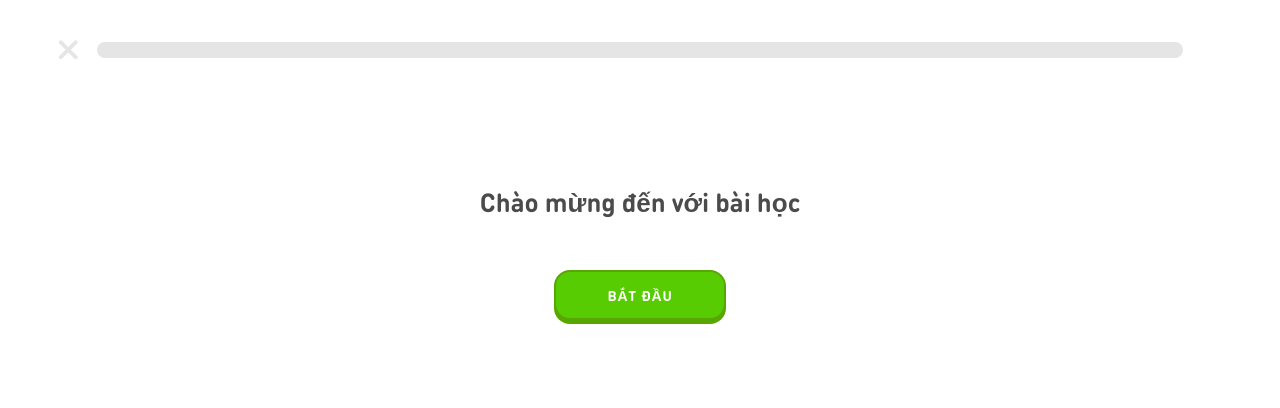
Repository: kauittt/duolingo-little
Page: learn.html
The author's editor kept a copy of each file at every save. The page is drawn from the files as they stood at one save, then again after the next save.
The browser window is 1280 px wide. The pictures show the whole page.
The page's requests for data from a server got no answer. Some web libraries are served in a nearby version.

Above is the page before, as saved 2023-04-15 12:31:36.

### learn.html
<!DOCTYPE html>
<html lang="en">
    <head>
        <meta charset="UTF-8" />
        <meta http-equiv="X-UA-Compatible" content="IE=edge" />
        <meta name="viewport" content="width=device-width, initial-scale=1.0" />
        <title>Duolingo Little</title>

        <!--! favicon -->
        <link rel="icon" type="image/x-icon" href="./assets/img/logo.png" />

        <!--! Font Awesome  -->
        <link rel="preconnect" href="https://cdnjs.cloudflare.com" />
        <link
            rel="stylesheet"
            href="https://cdnjs.cloudflare.com/ajax/libs/font-awesome/6.3.0/css/all.min.css"
        />

        <!--! CSS -->
        <link rel="stylesheet" href="./assets/css/reset.css" />
        <link rel="stylesheet" href="./assets/fonts/stylesheet.css" />
        <link rel="stylesheet" href="./assets/css/stytes.css" />
        <link rel="stylesheet" href="./assets/css/learn.css" />
    </head>
    <body>
        <!-- Learn -->
        <div class="main">
            <div class="learn">
                <div class="learn-progress">
                    <div class="learn-progress__bar">
                        <i class="fa-solid fa-xmark"></i>
                    </div>
                </div>

                <div class="learn-content">
                    <h2 class="learn-content__heading"></h2>

                    <input type="text" class="learn-content__input" />
                    <div class="learn-content-grid"></div>
                    <div class="btn">Tiếp tục</div>
                </div>
            </div>
        </div>
        <script src="./assets/js/learn.js"></script>
    </body>
</html>

### assets/fonts/stylesheet.css
@font-face {
    font-family: "DINRoundPro";
    src: url("din round/DINRoundPro-Bold.woff2") format("woff2"),
        url("din round/DINRoundPro-Bold.woff") format("woff");
    font-weight: bold;
    font-style: normal;
    font-display: swap;
}

@font-face {
    font-family: "DINRoundPro";
    src: url("din round/DINRoundPro-Black.woff2") format("woff2"),
        url("din round/DINRoundPro-Black.woff") format("woff");
    font-weight: 900;
    font-style: normal;
    font-display: swap;
}

@font-face {
    font-family: "DINRoundPro";
    src: url("din round/DINRoundPro.woff2") format("woff2"),
        url("din round/DINRoundPro.woff") format("woff");
    font-weight: normal;
    font-style: normal;
    font-display: swap;
}

@font-face {
    font-family: "DINRoundPro";
    src: url("din round/DINRoundPro-Light.woff2") format("woff2"),
        url("din round/DINRoundPro-Light.woff") format("woff");
    font-weight: 300;
    font-style: normal;
    font-display: swap;
}

@font-face {
    font-family: "DINRoundPro-Medi";
    src: url("din round/DINRoundPro-Medi.woff2") format("woff2"),
        url("din round/DINRoundPro-Medi.woff") format("woff");
    font-weight: 500;
    font-style: normal;
    font-display: swap;
}

### assets/css/learn.css
body {
    color: var(--heading-color);
}

:root {
    --basic-color: rgb(229, 229, 229);
}

.btn {
    /* width: calc(100% - 30px); */
    padding: 16px 51.5px;
    font-size: 14px;
    font-weight: 700;
    letter-spacing: 0.8px;
    text-align: center;
    text-transform: uppercase;
    color: rgb(175, 175, 175);
    background-color: rgb(229, 229, 229);
    box-shadow: 0 4px 0 #ccc;
    border: 2px solid #ccc;
    border-radius: 16px;
    transition: all 0.2s ease;
    margin-top: 24px;
}

.btn--primary:hover,
.btn--primary:hover {
    filter: brightness(1.1);
    cursor: pointer;
}

.btn--primary {
    background-color: var(--main-color);
    box-shadow: 0 4px 0 rgb(88, 167, 0);
    border: 2px solid rgb(88, 167, 0);
    color: white;
}

.btn--error {
    background: #ff4500;
    box-shadow: 0 4px 0 #ac2516;
    border: 2px solid #ac2516;
}

.learn {
    display: flex;
    flex-direction: column;
}

.learn-progress {
    width: 100%;
    padding: 42px 0 24px;
}

.learn-progress__bar i {
    position: absolute;
    left: -40px;
    top: -7px;
    font-size: 30px;
    color: var(--basic-color);
    transition: all 0.2s ease;
}

.learn-progress__bar i:hover {
    cursor: pointer;
    filter: brightness(0.8);
}

.learn-progress__bar {
    position: relative;
    width: 1086px;
    max-width: calc(100% - 48px);
    height: 16px;
    margin: 0 auto;
    background-color: var(--basic-color);
    border-radius: 999px;
    transition: all 0.2s ease;
}

.learn-content {
    display: flex;
    justify-content: center;
    align-items: center;
    flex-direction: column;
    width: 800px;
    margin: 100px auto 0;
}

.learn-content__heading {
    font-size: 26px;
    line-height: 40px;
    font-weight: 700;
    margin-bottom: 24px;
}

.learn-content__character {
    position: relative;
    margin-bottom: 40px;
}

.learn-content__character__message {
    display: flex;
    justify-content: center;
    align-items: center;
    gap: 10px;
    top: 25px;
    right: -246px;
    position: absolute;
    padding: 10px 20px;
    border-radius: 999px;
    color: var(--heading-color);
    border: 2px solid #ccc;
}

.learn-content__character__message__speaker {
    cursor: pointer;
    font-size: 24px;
}

.learn-content__speaker {
    display: flex;
    justify-content: center;
    align-items: center;
    gap: 20px;
}

.learn-content__speaker--normal {
    font-size: 50px;
    cursor: pointer;
}

.learn-content__speaker--slow {
    font-size: 20px;
    cursor: pointer;
}

.learn-content-grid {
    /* width: 100%; */
    display: grid;
    grid-template-columns: repeat(4, minmax(0, 1fr));
    grid-gap: 10px;
}

.learn-content__input {
    width: 80%;
    margin: 20px auto;
    padding: 10px 20px;
    font-family: "DINRoundPro", sans-serif;
    font-size: 18px;
    border: 1px solid #ccc;
    border-radius: 5px;
    pointer-events: none;
}

.learn-content-item {
    display: flex;
    justify-content: center;
    align-items: center;
    flex-direction: column;
    width: 185px;
    height: 163px;
    padding: 24px;

    background-color: white;
    border: 2px solid rgb(229, 229, 229);
    border-radius: 10px;
    bottom: -2px;
    box-shadow: 0 2px 0 rgb(229, 229, 229);
    transition: all 0.1s ease;
    cursor: pointer;
}

.learn-content-item--listen {
    width: auto;
    height: 50px;
    padding: 10px;
}

.learn-content-item--selected {
    background-color: #ddf4ff;
    border: 2px solid rgb(132, 216, 255);
    box-shadow: 0 2px 0 rgb(132, 216, 255);
}

.learn-content-item:hover {
    filter: brightness(0.9);
}

.learn-content-item__img {
    width: 80%;
}

.learn-content-item__img img {
    height: 80px;
    width: 100%;
}

.learn-content-item-info {
    display: flex;
    justify-content: center;
    align-items: center;
    flex-direction: column;
}

.learn-content-item-info__heading {
    font-size: 15px;
    font-weight: 700;
    line-height: 26px;
    text-align: center;
}

.learn-content-item-info__desc {
    font-size: 17px;
    font-weight: 400;
    text-align: center;
    color: var(--text-color);
}

.learn-content-flex {
    display: flex;
    justify-content: center;
    align-items: center;
    flex-direction: column;
}

.learn-content-flex__signUp {
}

.learn-content-flex__logIn {
    box-shadow: 0 4px 0 #ccc;
    border: 2px solid #ccc;
}

.learn-content-flex__logIn:hover {
    cursor: pointer;
    filter: brightness(0.9);
}

a {
    text-decoration: none;
    display: block;
    color: white;
}

### assets/js/learn.js
async function getData(index) {
    const res = await fetch(`./assets/data/session1-${lesson}.json`);
    console.log(`./assets/data/session1-${lesson}.json`);
    let data = await res.json();
    console.log(data);
    // data = data[index];

    const adap = data.adaptiveChallenges || [];
    const challenges = data.challenges;
    console.log([...adap, ...challenges]);
    lessonLength = [...adap, ...challenges].length;
    console.log("lesson length: " + lessonLength);
    if (lessonLength == 4) {
        window.open("home.html", "_self");
    }
    return [...adap, ...challenges];
    //! combined
}
// 4,5
let lesson = localStorage.getItem("lesson") || 1;
let lessonLength = null;
console.log("lesson: " + lesson);

const heading = document.querySelector(".learn-content__heading");
const learnContent = document.querySelector(".learn-content");
const grid = document.querySelector(".learn-content-grid");
const learnBtn = document.querySelector(".learn-content .btn");
const closeBtn = document.querySelector(".learn-progress__bar>i");
const progress = document.querySelector(".learn-progress__bar");
const input = document.querySelector(".learn-content__input");
const audio = new Audio();

let id = -2;
let key = [];
let answer = [];
let inputValue = [];
closeBtn.addEventListener("click", function (e) {
    console.log("back");
    if (id == -1) {
        window.open("home.html", "_self");
        return;
    }

    id--;
    if (id == -1) {
        closeBtn.classList.remove("fa-arrow-left");
        closeBtn.classList.add("fa-xmark");
    } else {
        closeBtn.classList.add("fa-arrow-left");
        closeBtn.classList.remove("fa-xmark");
    }
    grid.innerHTML = "";
    input.value = "";
    answer = [];
    inputValue = [];
    key = [];
    learnBtn.classList.remove("btn--primary");

    const next =
        learnContent.querySelector(".learn-content__character") ||
        learnContent.querySelector(".learn-content__speaker");

    console.log(next);
    if (next) next.parentNode.removeChild(next);

    loadLearn(id);
});
learnBtn.addEventListener("click", function (e) {
    if (learnBtn.classList.contains("btn--primary")) {
        if (id == lessonLength) {
            window.open("home.html", "_self");
            return;
        }

        console.log(key);
        console.log(answer);
        if (JSON.stringify(answer) == JSON.stringify(key)) {
            console.log("true");
            learnBtn.classList.remove("btn--primary");
            grid.innerHTML = "";
            input.value = "";
            answer = [];
            inputValue = [];
            key = [];

            const next =
                learnContent.querySelector(".learn-content__character") ||
                learnContent.querySelector(".learn-content__speaker");
            if (next) next.parentNode.removeChild(next);
            //!!!!!
            loadLearn(++id);
        } else {
            console.log("false");
            learnBtn.classList.add("btn--error");
        }
    }
});
document.body.addEventListener("click", function (e) {
    if (e.target.closest(".learn-content-item--listen")) {
        learnBtn.classList.remove("btn--error");

        const item = e.target.closest(".learn-content-item--listen");
        if (item.dataset.voice) loadSound(item.dataset.voice);

        if (item.classList.contains("learn-content-item--selected")) {
            item.classList.remove("learn-content-item--selected");
            const index = answer.indexOf(+item.dataset.id);
            answer.splice(index, 1);
            inputValue.splice(index, 1);
        } else {
            item.classList.add("learn-content-item--selected");
            answer.push(+item.dataset.id);
            inputValue.push(
                item
                    .querySelector(".learn-content-item-info__heading")
                    .textContent.trim()
            );
        }

        const items = document.querySelectorAll(".learn-content-item");
        learnBtn.classList.remove("btn--primary");

        items.forEach((item) => {
            if (item.classList.contains("learn-content-item--selected")) {
                learnBtn.classList.add("btn--primary");
            }
        });

        input.value = "";
        inputValue.forEach((item) => {
            input.value += item + " ";
        });
    } else if (e.target.closest(".learn-content-item")) {
        learnBtn.classList.remove("btn--error");

        const item = e.target.closest(".learn-content-item");
        const items = document.querySelectorAll(".learn-content-item");
        items.forEach((item) => {
            item.classList.remove("learn-content-item--selected");
        });

        if (item.dataset.voice) loadSound(item.dataset.voice);

        answer = [];
        answer.push(+item.dataset.id);
        item.classList.add("learn-content-item--selected");

        learnBtn.classList.add("btn--primary");
    }
});

loadLearn(++id);

async function loadLearn(index, thumb = true) {
    console.log("IDDDDD: " + id);
    //! index

    const data = await getData(lesson);
    const item = data[index];
    if (id > lessonLength) return;
    console.log(item);

    if (id == lessonLength) {
        loadFinish();
        return;
    }
    if (id == -1) {
        loadStart();
        return;
    }
    //!index
    switch (item.type) {
        case "select":
            key.push(loadSelect(item, data.length));
            //!index
            break;

        case "translate":
            key = loadTrans(item, data.length, item.character);
            break;
        case "listenTap":
            key = loadListen(item, data.length, item.character);
            break;
        default:
            loadLearn(++id);
            return;
    }
}

function loadSelect(data, len, thumb = true) {
    if (id == -1) {
        closeBtn.classList.remove("fa-arrow-left");
        closeBtn.classList.add("fa-xmark");
    } else {
        closeBtn.classList.add("fa-arrow-left");
        closeBtn.classList.remove("fa-xmark");
    }

    const percent = ((id - 1) / len) * 100;
    const color = `linear-gradient(90deg, #58cc02 ${percent}%, rgb(229, 229, 229) ${percent}%)`;
    progress.style.background = color;

    const itemsLength = data.choices.length;
    input.style.display = "none";
    grid.style.gridTemplateColumns = `repeat(${itemsLength}, 1fr)`;

    heading.textContent = `Đâu là "${data.prompt}"`;

    const hashtable = {};
    for (let i = 0; i < data.choices.length; i++) {
        hashtable[data.choices[i].phrase] = i;
    }
    data.choices.sort(() => 0.5 - Math.random());

    for (let i = 0; i < data.choices.length; i++) {
        const choice = data.choices[i];

        const template = `<div data-voice="${choice.tts}" data-id="${
            hashtable[choice.phrase]
        }" class="learn-content-item  ${
            data.correctIndex == i ? "learn-content-item--correct" : ""
        }">

        ${
            choice.svg
                ? `<div class="learn-content-item__img">
                        <img
                            src="${choice.svg}"
                            alt="learn"
                        />
                  </div>`
                : ""
        }

        <div class="learn-content-item-info">
            <div class="learn-content-item-info__heading">
                ${choice.phrase}
            </div>
        </div>
    </div>`;

        grid.insertAdjacentHTML("beforeend", template);
    }

    console.log("KEY: " + data.correctIndex);
    return data.correctIndex;
}

function loadTrans(data, len, thumb = true) {
    if (id == -1) {
        closeBtn.classList.remove("fa-arrow-left");
        closeBtn.classList.add("fa-xmark");
    } else {
        closeBtn.classList.add("fa-arrow-left");
        closeBtn.classList.remove("fa-xmark");
    }

    const percent = (id / len) * 100;
    const color = `linear-gradient(90deg, #58cc02 ${percent}%, rgb(229, 229, 229) ${percent}%)`;
    progress.style.background = color;

    const itemsLength = data.choices.length;
    input.style.display = "block";
    grid.style.gridTemplateColumns = `repeat(${itemsLength}, 1fr)`;

    heading.textContent = `Viết lại bằng "${
        data.targetLanguage == "en" ? "Tiếng Anh" : "Tiếng Việt"
    }"`;

    heading.insertAdjacentHTML(
        "afterend",
        `<div class="learn-content__character" data-delete="true">
        <img
            src=${data.character.image.svg}
            alt=""
        />

        <p class="learn-content__character__message">
        <i class="fa-solid fa-volume-high learn-content__character__message__speaker" style="color: #1cb0f6;"></i>
            ${data.prompt}
        </p>
    </div>`
    );
    const p = document.querySelector(".learn-content__character__message");
    document
        .querySelector(".learn-content__character__message__speaker")
        .addEventListener("click", () => {
            loadSound(data.tts);
        });
    p.style.right = `-${p.offsetWidth + 5}px`;

    const hashtable = {};
    for (let i = 0; i < data.choices.length; i++) {
        hashtable[data.choices[i].text] = i;
    }

    data.choices.sort(() => 0.5 - Math.random());

    for (let i = 0; i < data.choices.length; i++) {
        const choice = data.choices[i];

        const template = `<div  data-id="${
            hashtable[choice.text]
        }" class="learn-content-item learn-content-item--listen">
        ${
            choice.svg
                ? `<div class="learn-content-item__img">
                        <img
                            src="${choice.svg}"
                            alt="learn"
                        />
                  </div>`
                : ""
        }
        <div class="learn-content-item-info">
            <div class="learn-content-item-info__heading">
                ${choice.text}
            </div>
        </div>
    </div>`;

        grid.insertAdjacentHTML("beforeend", template);
    }
    console.log("KEY: " + data.correctIndices);

    loadSound(data.tts);

    return data.correctIndices;
}

function loadListen(data, len, thumb = true) {
    if (id == -1) {
        closeBtn.classList.remove("fa-arrow-left");
        closeBtn.classList.add("fa-xmark");
    } else {
        closeBtn.classList.add("fa-arrow-left");
        closeBtn.classList.remove("fa-xmark");
    }

    const percent = (id / len) * 100;
    const color = `linear-gradient(90deg, #58cc02 ${percent}%, rgb(229, 229, 229) ${percent}%)`;
    progress.style.background = color;

    const itemsLength = data.choices.length;
    input.style.display = "block";
    grid.style.gridTemplateColumns = `repeat(${itemsLength}, 1fr)`;

    heading.textContent = `Nghe và trả lời`;

    heading.insertAdjacentHTML(
        "afterend",
        `<div class="learn-content__speaker" data-delete="true">
                <i class="fa-solid fa-volume-high learn-content__speaker--normal" style="color: #1cb0f6;"></i>
                <i class="fa-solid fa-volume-high learn-content__speaker--slow" style="color: #1cb0f6;"></i>
        </div>`
    );

    document
        .querySelector(".learn-content__speaker--normal")
        .addEventListener("click", () => {
            loadSound(data.tts);
        });

    document
        .querySelector(".learn-content__speaker--slow")
        .addEventListener("click", () => {
            loadSound(data.slowTts);
        });

    const hashtable = {};
    for (let i = 0; i < data.choices.length; i++) {
        hashtable[data.choices[i].text] = i;
    }
    data.choices.sort(() => 0.5 - Math.random());

    for (let i = 0; i < data.choices.length; i++) {
        const choice = data.choices[i];

        const template = `<div  data-id="${
            hashtable[choice.text]
        }" class="learn-content-item learn-content-item--listen">
        ${
            choice.svg
                ? `<div class="learn-content-item__img">
                        <img
                            src="${choice.svg}"
                            alt="learn"
                        />
                  </div>`
                : ""
        }
        <div class="learn-content-item-info">
            <div class="learn-content-item-info__heading">
                ${choice.text}
            </div>
        </div>
    </div>`;

        grid.insertAdjacentHTML("beforeend", template);
    }
    console.log("KEY: " + data.correctIndices);
    loadSound(data.tts);

    return data.correctIndices;
}

progress.addEventListener("click", () => {
    audio.play();
});
function loadSound(link) {
    audio.src = link;
    audio.addEventListener("canplaythrough", function () {
        progress.click();
        // audio.play();
    });
}

function loadFinish() {
    heading.textContent = `Bạn đã hoàn thành bài học`;
    input.style.display = "none";
    learnBtn.textContent = "Trở về";
    learnBtn.classList.add("btn--primary");
    lesson++;
    localStorage.setItem("lesson", lesson);
}
function loadStart() {
    if (id == -1) {
        closeBtn.classList.remove("fa-arrow-left");
        closeBtn.classList.add("fa-xmark");
    } else {
        closeBtn.classList.add("fa-arrow-left");
        closeBtn.classList.remove("fa-xmark");
    }
    heading.textContent = `Chào mừng đến với bài học`;
    input.style.display = "none";
    learnBtn.textContent = "Bắt đầu";
    learnBtn.classList.add("btn--primary");
}

function loadAnswer(type) {}

Loaded but not shown: assets/css/reset.css (common file); assets/data/session1-1.json (13123 lines, source omitted); assets/css/stytes.css (666 lines, source omitted)

After the next save:
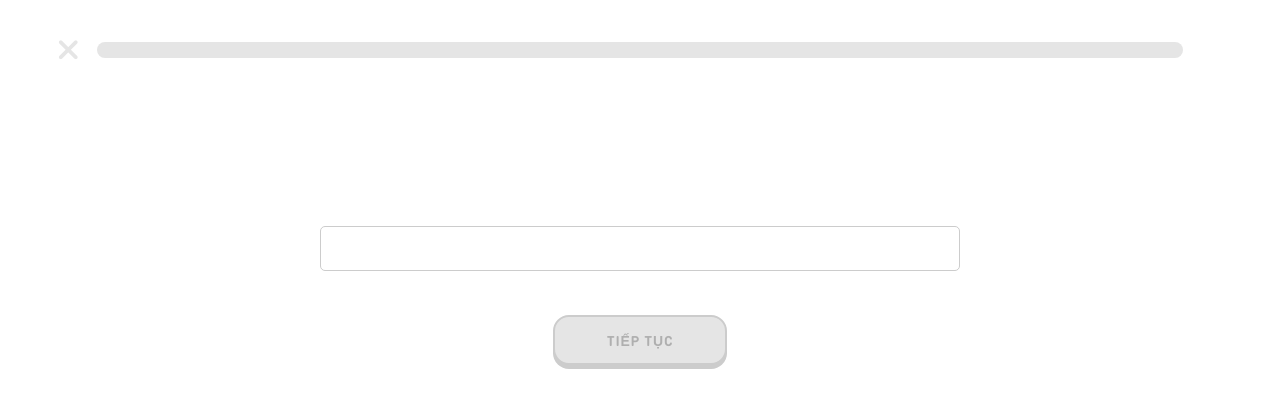
Saved 3 min 25 s later.
--- a/assets/js/learn.js
+++ b/assets/js/learn.js
@@ -1,5 +1,7 @@
 async function getData(index) {
-    const res = await fetch(`./assets/data/session1-${lesson}.json`);
+    const res = await fetch(
+        `https://github.com/kauittt/duolingo-little/assets/session1-1.json`
+    );
     console.log(`./assets/data/session1-${lesson}.json`);
     let data = await res.json();
     console.log(data);

After the save that followed:
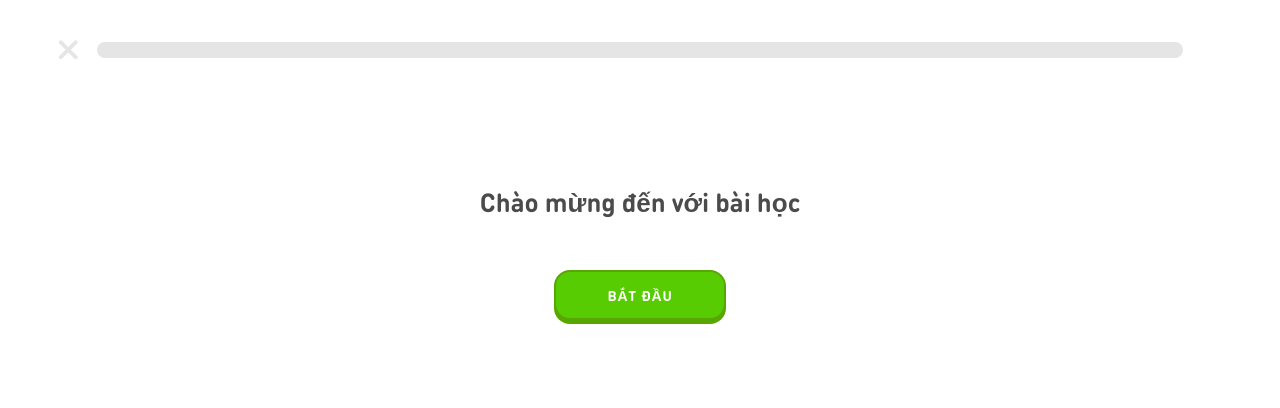
Saved 21 s later.
--- a/assets/js/learn.js
+++ b/assets/js/learn.js
@@ -1,7 +1,5 @@
 async function getData(index) {
-    const res = await fetch(
-        `https://github.com/kauittt/duolingo-little/assets/session1-1.json`
-    );
+    const res = await fetch(`./assets/data/session1-${lesson}.json`);
     console.log(`./assets/data/session1-${lesson}.json`);
     let data = await res.json();
     console.log(data);
